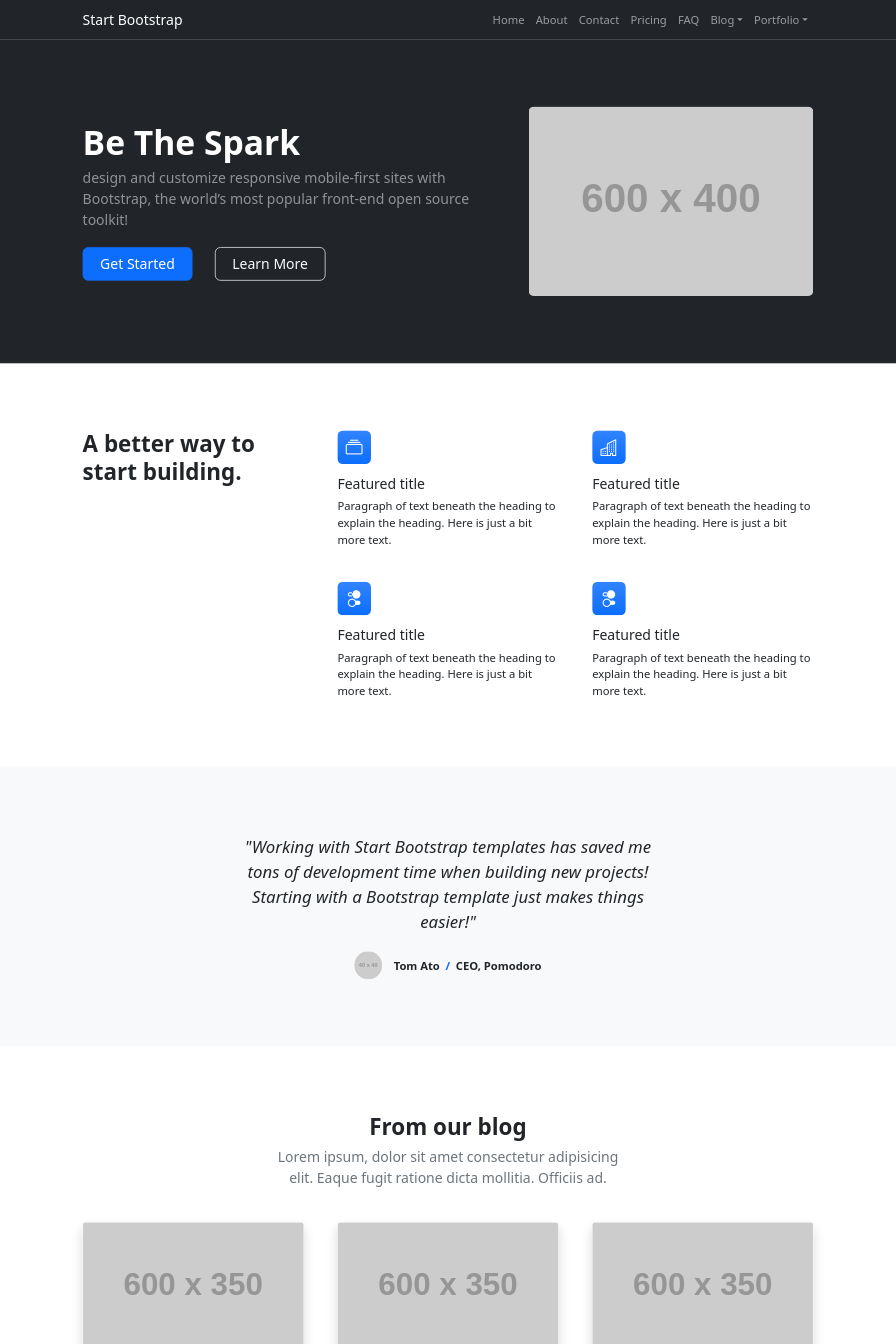
Repository: DragonFruit8/BeTheSpark
Page: index.html
An editor plug-in stored every save of this project. The page is shown before and after the next save, followed by the edit.
The browser window is 1280 px wide. The pictures show the part of the page from y = 0 to 1920 px (the page is 2663 px tall), at 70% of full size.

Above is the page before, as saved 2024-01-05 08:10:17.

### index.html
<!DOCTYPE html>
<html lang="en">
    <head>
        <meta charset="utf-8" />
        <meta name="viewport" content="width=device-width, initial-scale=1, shrink-to-fit=no" />
        <meta name="description" content="" />
        <meta name="author" content="" />
        <title>Modern Business - Start Bootstrap Template</title>
        <!-- Favicon-->
        <link rel="icon" type="image/x-icon" href="assets/favicon.ico" />
        <!-- Bootstrap icons-->
        <link href="https://cdn.jsdelivr.net/npm/bootstrap-icons@1.5.0/font/bootstrap-icons.css" rel="stylesheet" />
        <!-- Core theme CSS (includes Bootstrap)-->
        <link href="css/styles.css" rel="stylesheet" />
    </head>
    <body class="d-flex flex-column h-100">
        <main class="flex-shrink-0">
            <!-- Navigation-->
            <nav class="navbar navbar-expand-lg navbar-dark bg-dark">
                <div class="container px-5">
                    <a class="navbar-brand" href="index.html">Start Bootstrap</a>
                    <button class="navbar-toggler" type="button" data-bs-toggle="collapse" data-bs-target="#navbarSupportedContent" aria-controls="navbarSupportedContent" aria-expanded="false" aria-label="Toggle navigation"><span class="navbar-toggler-icon"></span></button>
                    <div class="collapse navbar-collapse" id="navbarSupportedContent">
                        <ul class="navbar-nav ms-auto mb-2 mb-lg-0">
                            <li class="nav-item"><a class="nav-link" href="index.html">Home</a></li>
                            <li class="nav-item"><a class="nav-link" href="about.html">About</a></li>
                            <li class="nav-item"><a class="nav-link" href="contact.html">Contact</a></li>
                            <li class="nav-item"><a class="nav-link" href="pricing.html">Pricing</a></li>
                            <li class="nav-item"><a class="nav-link" href="faq.html">FAQ</a></li>
                            <li class="nav-item dropdown">
                                <a class="nav-link dropdown-toggle" id="navbarDropdownBlog" href="#" role="button" data-bs-toggle="dropdown" aria-expanded="false">Blog</a>
                                <ul class="dropdown-menu dropdown-menu-end" aria-labelledby="navbarDropdownBlog">
                                    <li><a class="dropdown-item" href="blog-home.html">Blog Home</a></li>
                                    <li><a class="dropdown-item" href="blog-post.html">Blog Post</a></li>
                                </ul>
                            </li>
                            <li class="nav-item dropdown">
                                <a class="nav-link dropdown-toggle" id="navbarDropdownPortfolio" href="#" role="button" data-bs-toggle="dropdown" aria-expanded="false">Portfolio</a>
                                <ul class="dropdown-menu dropdown-menu-end" aria-labelledby="navbarDropdownPortfolio">
                                    <li><a class="dropdown-item" href="portfolio-overview.html">Portfolio Overview</a></li>
                                    <li><a class="dropdown-item" href="portfolio-item.html">Portfolio Item</a></li>
                                </ul>
                            </li>
                        </ul>
                    </div>
                </div>
            </nav>
            <!-- Header-->
            <header class="bg-dark py-5">
                <div class="container px-5">
                    <div class="row gx-5 align-items-center justify-content-center">
                        <div class="col-lg-8 col-xl-7 col-xxl-6">
                            <div class="my-5 text-center text-xl-start">
                                <h1 class="display-5 fw-bolder text-white mb-2">Be The Spark</h1>
                                <p class="lead fw-normal text-white-50 mb-4"> design and customize responsive mobile-first sites with Bootstrap, the world’s most popular front-end open source toolkit!</p>
                                <div class="d-grid gap-3 d-sm-flex justify-content-sm-center justify-content-xl-start">
                                    <a class="btn btn-primary btn-lg px-4 me-sm-3" href="#features">Get Started</a>
                                    <a class="btn btn-outline-light btn-lg px-4" href="#!">Learn More</a>
                                </div>
                            </div>
                        </div>
                        <div class="col-xl-5 col-xxl-6 d-none d-xl-block text-center"><img class="img-fluid rounded-3 my-5" src="https://dummyimage.com/600x400/343a40/6c757d" alt="..." /></div>
                    </div>
                </div>
            </header>
            <!-- Features section-->
            <section class="py-5" id="features">
                <div class="container px-5 my-5">
                    <div class="row gx-5">
                        <div class="col-lg-4 mb-5 mb-lg-0"><h2 class="fw-bolder mb-0">A better way to start building.</h2></div>
                        <div class="col-lg-8">
                            <div class="row gx-5 row-cols-1 row-cols-md-2">
                                <div class="col mb-5 h-100">
                                    <div class="feature bg-primary bg-gradient text-white rounded-3 mb-3"><i class="bi bi-collection"></i></div>
                                    <h2 class="h5">Featured title</h2>
                                    <p class="mb-0">Paragraph of text beneath the heading to explain the heading. Here is just a bit more text.</p>
                                </div>
                                <div class="col mb-5 h-100">
                                    <div class="feature bg-primary bg-gradient text-white rounded-3 mb-3"><i class="bi bi-building"></i></div>
                                    <h2 class="h5">Featured title</h2>
                                    <p class="mb-0">Paragraph of text beneath the heading to explain the heading. Here is just a bit more text.</p>
                                </div>
                                <div class="col mb-5 mb-md-0 h-100">
                                    <div class="feature bg-primary bg-gradient text-white rounded-3 mb-3"><i class="bi bi-toggles2"></i></div>
                                    <h2 class="h5">Featured title</h2>
                                    <p class="mb-0">Paragraph of text beneath the heading to explain the heading. Here is just a bit more text.</p>
                                </div>
                                <div class="col h-100">
                                    <div class="feature bg-primary bg-gradient text-white rounded-3 mb-3"><i class="bi bi-toggles2"></i></div>
                                    <h2 class="h5">Featured title</h2>
                                    <p class="mb-0">Paragraph of text beneath the heading to explain the heading. Here is just a bit more text.</p>
                                </div>
                            </div>
                        </div>
                    </div>
                </div>
            </section>
            <!-- Testimonial section-->
            <div class="py-5 bg-light">
                <div class="container px-5 my-5">
                    <div class="row gx-5 justify-content-center">
                        <div class="col-lg-10 col-xl-7">
                            <div class="text-center">
                                <div class="fs-4 mb-4 fst-italic">"Working with Start Bootstrap templates has saved me tons of development time when building new projects! Starting with a Bootstrap template just makes things easier!"</div>
                                <div class="d-flex align-items-center justify-content-center">
                                    <img class="rounded-circle me-3" src="https://dummyimage.com/40x40/ced4da/6c757d" alt="..." />
                                    <div class="fw-bold">
                                        Tom Ato
                                        <span class="fw-bold text-primary mx-1">/</span>
                                        CEO, Pomodoro
                                    </div>
                                </div>
                            </div>
                        </div>
                    </div>
                </div>
            </div>
            <!-- Blog preview section-->
            <section class="py-5">
                <div class="container px-5 my-5">
                    <div class="row gx-5 justify-content-center">
                        <div class="col-lg-8 col-xl-6">
                            <div class="text-center">
                                <h2 class="fw-bolder">From our blog</h2>
                                <p class="lead fw-normal text-muted mb-5">Lorem ipsum, dolor sit amet consectetur adipisicing elit. Eaque fugit ratione dicta mollitia. Officiis ad.</p>
                            </div>
                        </div>
                    </div>
                    <div class="row gx-5">
                        <div class="col-lg-4 mb-5">
                            <div class="card h-100 shadow border-0">
                                <img class="card-img-top" src="https://dummyimage.com/600x350/ced4da/6c757d" alt="..." />
                                <div class="card-body p-4">
                                    <div class="badge bg-primary bg-gradient rounded-pill mb-2">News</div>
                                    <a class="text-decoration-none link-dark stretched-link" href="#!"><h5 class="card-title mb-3">Blog post title</h5></a>
                                    <p class="card-text mb-0">Some quick example text to build on the card title and make up the bulk of the card's content.</p>
                                </div>
                                <div class="card-footer p-4 pt-0 bg-transparent border-top-0">
                                    <div class="d-flex align-items-end justify-content-between">
                                        <div class="d-flex align-items-center">
                                            <img class="rounded-circle me-3" src="https://dummyimage.com/40x40/ced4da/6c757d" alt="..." />
                                            <div class="small">
                                                <div class="fw-bold">Kelly Rowan</div>
                                                <div class="text-muted">March 12, 2023 &middot; 6 min read</div>
                                            </div>
                                        </div>
                                    </div>
                                </div>
                            </div>
                        </div>
                        <div class="col-lg-4 mb-5">
                            <div class="card h-100 shadow border-0">
                                <img class="card-img-top" src="https://dummyimage.com/600x350/adb5bd/495057" alt="..." />
                                <div class="card-body p-4">
                                    <div class="badge bg-primary bg-gradient rounded-pill mb-2">Media</div>
                                    <a class="text-decoration-none link-dark stretched-link" href="#!"><h5 class="card-title mb-3">Another blog post title</h5></a>
                                    <p class="card-text mb-0">This text is a bit longer to illustrate the adaptive height of each card. Some quick example text to build on the card title and make up the bulk of the card's content.</p>
                                </div>
                                <div class="card-footer p-4 pt-0 bg-transparent border-top-0">
                                    <div class="d-flex align-items-end justify-content-between">
                                        <div class="d-flex align-items-center">
                                            <img class="rounded-circle me-3" src="https://dummyimage.com/40x40/ced4da/6c757d" alt="..." />
                                            <div class="small">
                                                <div class="fw-bold">Josiah Barclay</div>
                                                <div class="text-muted">March 23, 2023 &middot; 4 min read</div>
                                            </div>
                                        </div>
                                    </div>
                                </div>
                            </div>
                        </div>
                        <div class="col-lg-4 mb-5">
                            <div class="card h-100 shadow border-0">
                                <img class="card-img-top" src="https://dummyimage.com/600x350/6c757d/343a40" alt="..." />
                                <div class="card-body p-4">
                                    <div class="badge bg-primary bg-gradient rounded-pill mb-2">News</div>
                                    <a class="text-decoration-none link-dark stretched-link" href="#!"><h5 class="card-title mb-3">The last blog post title is a little bit longer than the others</h5></a>
                                    <p class="card-text mb-0">Some more quick example text to build on the card title and make up the bulk of the card's content.</p>
                                </div>
                                <div class="card-footer p-4 pt-0 bg-transparent border-top-0">
                                    <div class="d-flex align-items-end justify-content-between">
                                        <div class="d-flex align-items-center">
                                            <img class="rounded-circle me-3" src="https://dummyimage.com/40x40/ced4da/6c757d" alt="..." />
                                            <div class="small">
                                                <div class="fw-bold">Evelyn Martinez</div>
                                                <div class="text-muted">April 2, 2023 &middot; 10 min read</div>
                                            </div>
                                        </div>
                                    </div>
                                </div>
                            </div>
                        </div>
                    </div>
                    <!-- Call to action-->
                    <aside class="bg-primary bg-gradient rounded-3 p-4 p-sm-5 mt-5">
                        <div class="d-flex align-items-center justify-content-between flex-column flex-xl-row text-center text-xl-start">
                            <div class="mb-4 mb-xl-0">
                                <div class="fs-3 fw-bold text-white">New products, delivered to you.</div>
                                <div class="text-white-50">Sign up for our newsletter for the latest updates.</div>
                            </div>
                            <div class="ms-xl-4">
                                <div class="input-group mb-2">
                                    <input class="form-control" type="text" placeholder="Email address..." aria-label="Email address..." aria-describedby="button-newsletter" />
                                    <button class="btn btn-outline-light" id="button-newsletter" type="button">Sign up</button>
                                </div>
                                <div class="small text-white-50">We care about privacy, and will never share your data.</div>
                            </div>
                        </div>
                    </aside>
                </div>
            </section>
        </main>
        <!-- Footer-->
        <footer class="bg-dark py-4 mt-auto">
            <div class="container px-5">
                <div class="row align-items-center justify-content-between flex-column flex-sm-row">
                    <div class="col-auto"><div class="small m-0 text-white">Copyright &copy; Your Website 2023</div></div>
                    <div class="col-auto">
                        <a class="link-light small" href="#!">Privacy</a>
                        <span class="text-white mx-1">&middot;</span>
                        <a class="link-light small" href="#!">Terms</a>
                        <span class="text-white mx-1">&middot;</span>
                        <a class="link-light small" href="#!">Contact</a>
                    </div>
                </div>
            </div>
        </footer>
        <!-- Bootstrap core JS-->
        <script src="https://cdn.jsdelivr.net/npm/bootstrap@5.2.3/dist/js/bootstrap.bundle.min.js"></script>
        <!-- Core theme JS-->
        <script src="js/scripts.js"></script>
    </body>
</html>

Loaded but not shown: css/styles.css (library); js/scripts.js (common file)

After the next save:
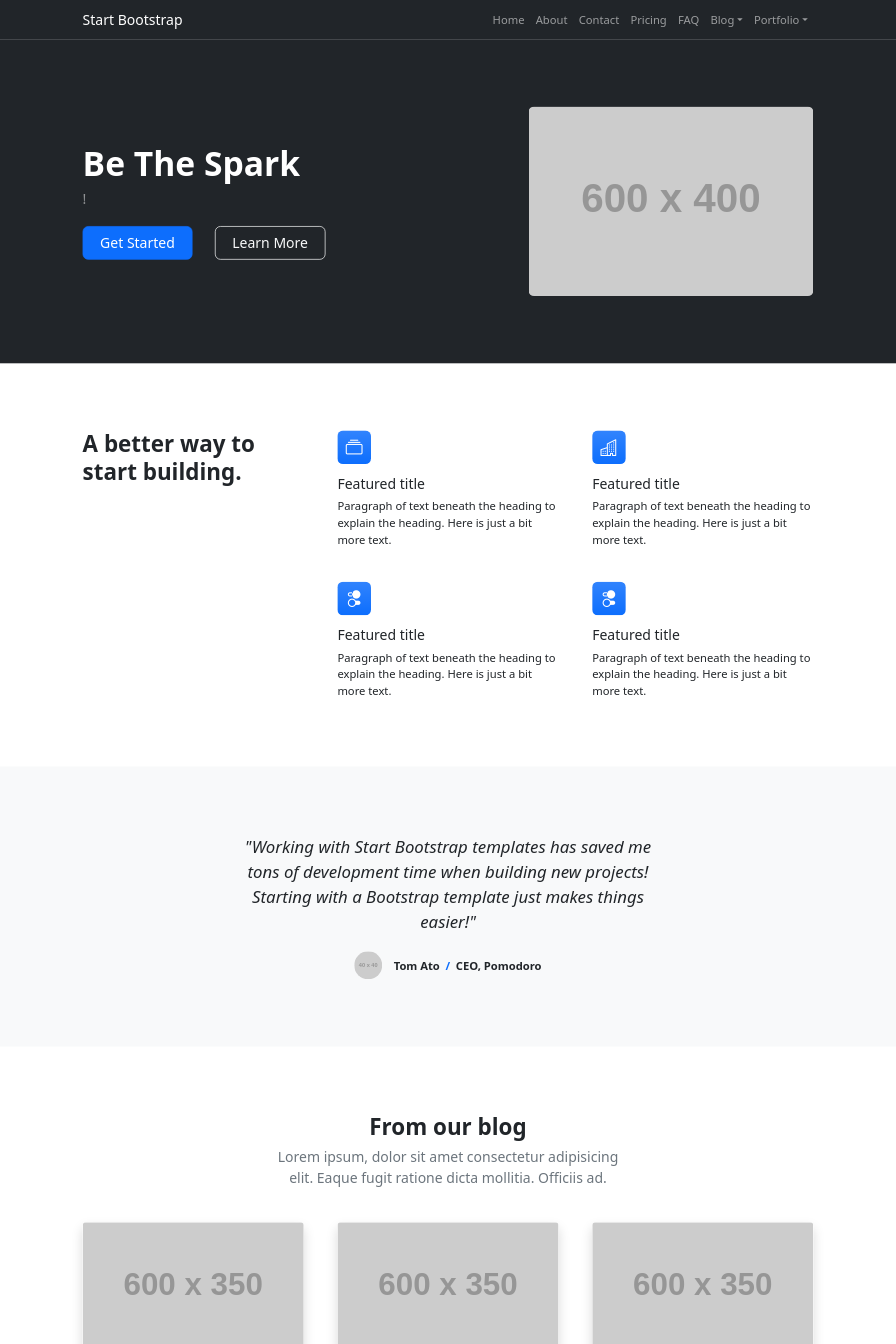
Saved 7 s later.
--- a/index.html
+++ b/index.html
@@ -52,7 +52,7 @@
                         <div class="col-lg-8 col-xl-7 col-xxl-6">
                             <div class="my-5 text-center text-xl-start">
                                 <h1 class="display-5 fw-bolder text-white mb-2">Be The Spark</h1>
-                                <p class="lead fw-normal text-white-50 mb-4"> design and customize responsive mobile-first sites with Bootstrap, the world’s most popular front-end open source toolkit!</p>
+                                <p class="lead fw-normal text-white-50 mb-4">!</p>
                                 <div class="d-grid gap-3 d-sm-flex justify-content-sm-center justify-content-xl-start">
                                     <a class="btn btn-primary btn-lg px-4 me-sm-3" href="#features">Get Started</a>
                                     <a class="btn btn-outline-light btn-lg px-4" href="#!">Learn More</a>
